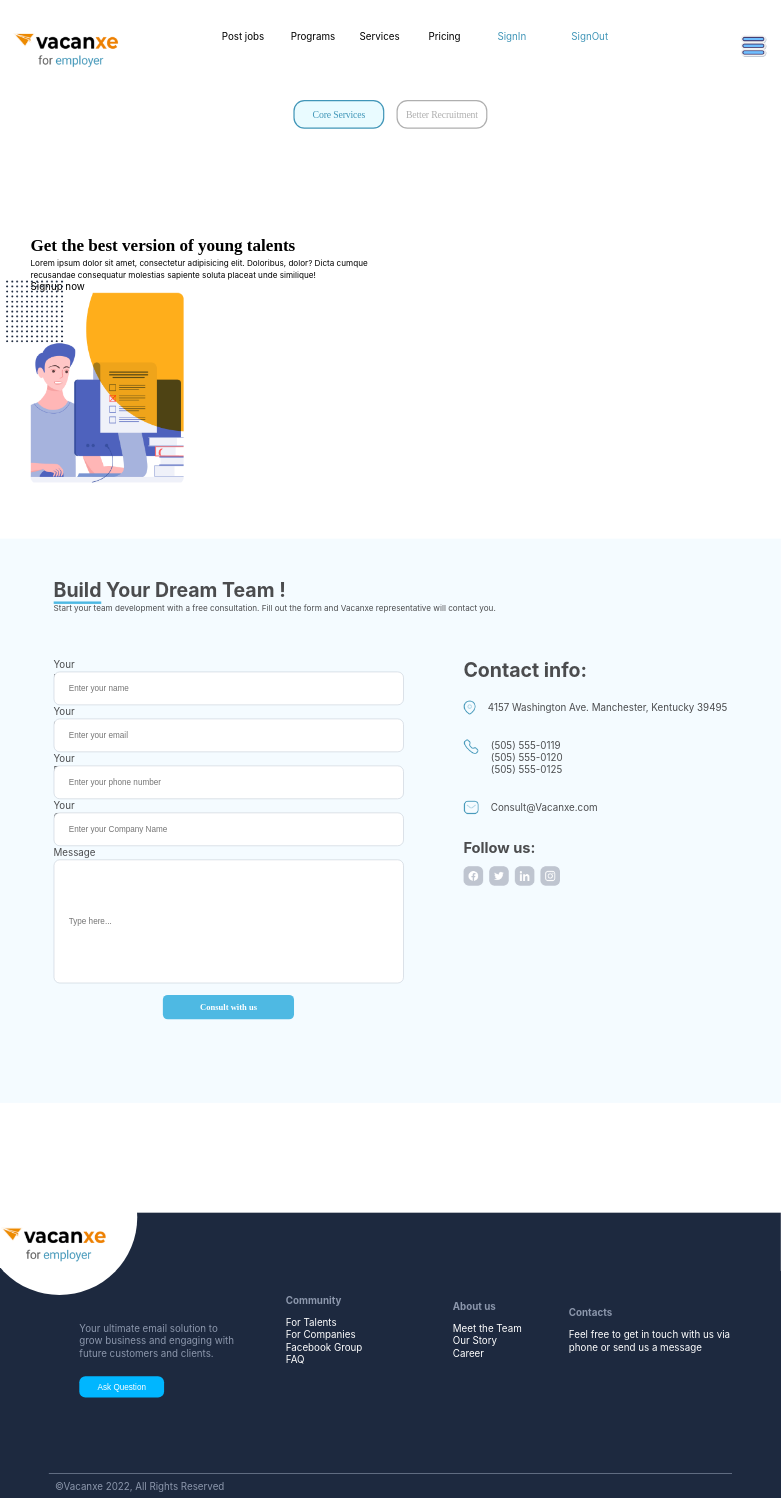
Repository: uh-sman/Vacanxe
Page: /
These files come from the project's save history. The page is drawn as it stood at one moment and after the next save; the edit follows.
The browser window is 1280 px wide. The pictures show the whole page, at 61% of full size.
The project was rebuilt for these pictures with package versions that can differ from the ones it lists, and the page was loaded fresh each time.

Above is the page before, as saved 2022-12-03 18:29:03.

After the next save:
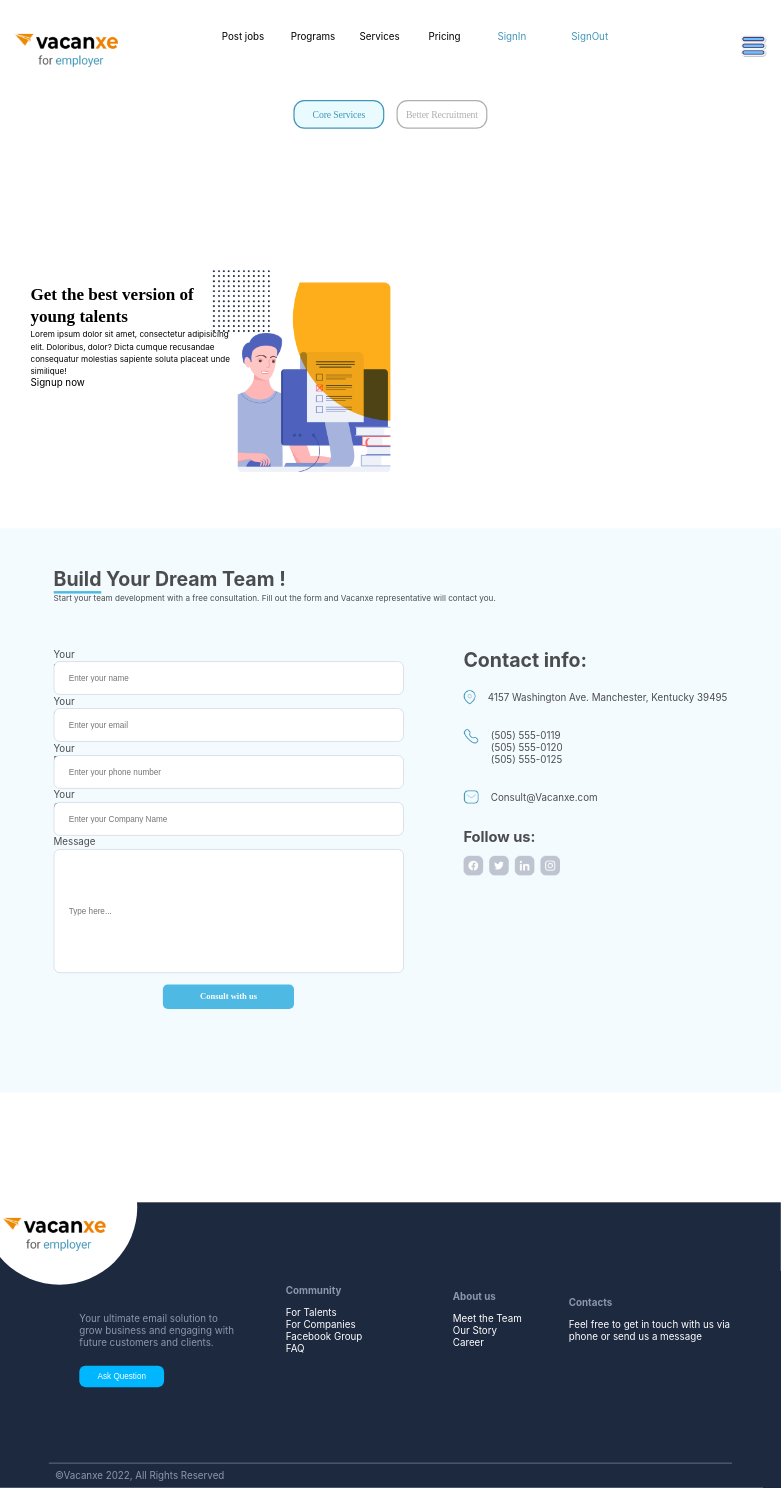
Saved 35 s later.
--- a/src/components/version.css
+++ b/src/components/version.css
@@ -34,6 +34,9 @@
 top: 830.1708984375px;
 border-radius: [object Object]px; */
 }
+.flex {
+  display: flex;
+}
 /* .versions-container {
   display: flex;
   flex-direction: column;
--- a/src/components/Versions.jsx
+++ b/src/components/Versions.jsx
@@ -7,7 +7,7 @@ export const Versions = () => {
     <div>
       <div className="versions-container">
         <div className="versions-section">
-          <div>
+          <div className="flex">
             <div>
               <h2 className="h2">Get the best version of young talents</h2>
               <small>
